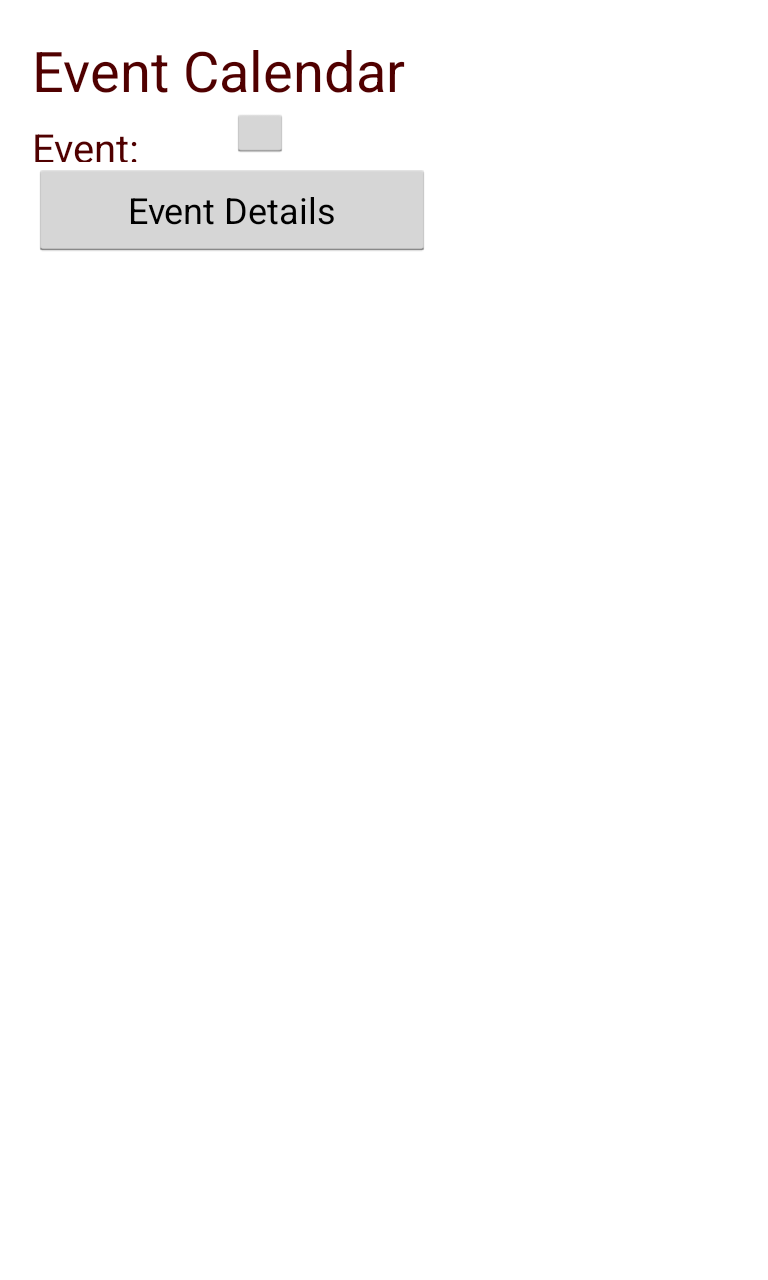
Repository: jannelg92/ANDROIDAPP
Layout: GEOINNOVATION/TAMUgis-dayEvents/res/layout/f_event_details.xml
These files come from the project's save history. The layout is drawn as it stood at one moment and after the next save; the edit follows.
It is drawn on a 768 x 1280 px phone screen (xhdpi) without system bars, with theme AppTheme; the app's code is not run.

Above is the layout before, as saved 2014-04-19 01:41:54.

After the next save:
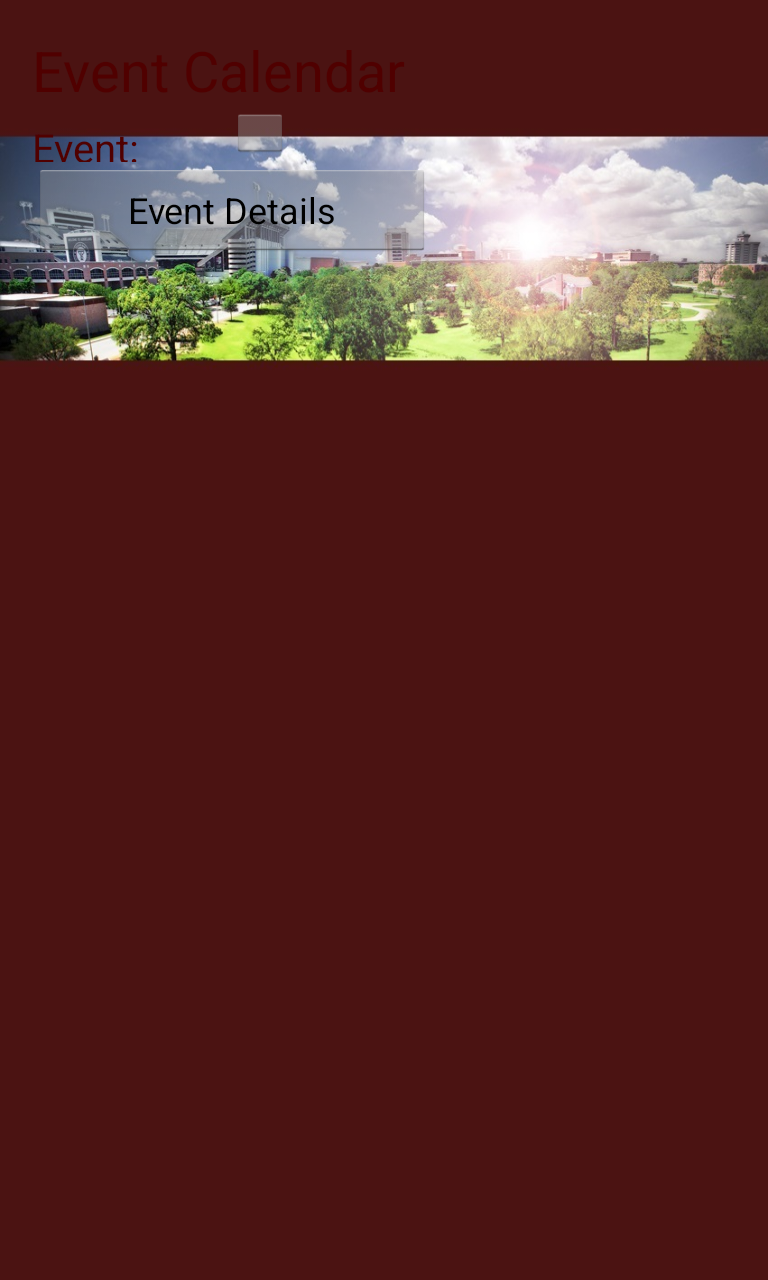
Saved 13 s later.
--- a/GEOINNOVATION/TAMUgis-dayEvents/res/layout/f_event_details.xml
+++ b/GEOINNOVATION/TAMUgis-dayEvents/res/layout/f_event_details.xml
@@ -3,7 +3,7 @@
     android:layout_width="match_parent"
     android:layout_height="match_parent"
     android:orientation="vertical"
-    android:background="@aggieland_bbackground"
+    android:background="@drawable/aggieland_bbackground"
     android:paddingBottom="@dimen/activity_vertical_margin"
     android:paddingLeft="@dimen/activity_horizontal_margin"
     android:paddingRight="@dimen/activity_horizontal_margin"
